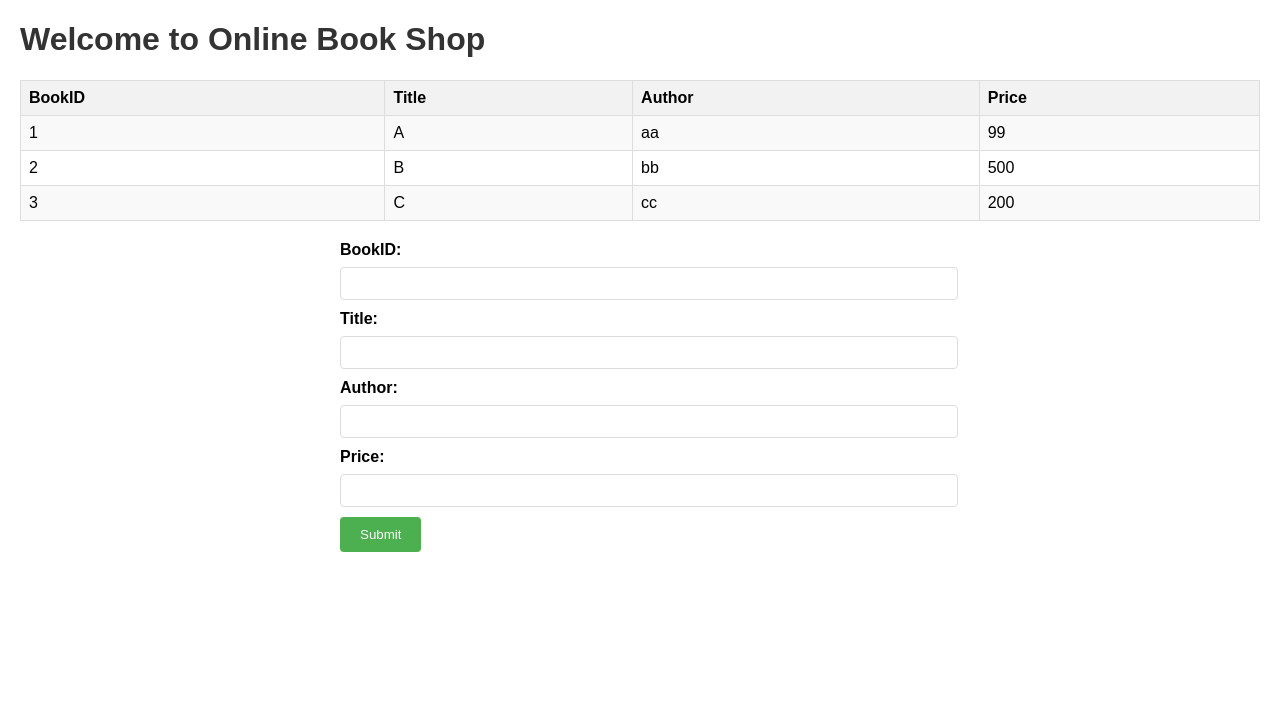
Repository: poojithagujjula/test_on_27
Page: shop/src/main/resources/static/index.html
An editor plug-in stored every save of this project. The page is shown before and after the next save, followed by the edit.
The browser window is 1280 px wide. The pictures show the whole page.

Above is the page before, as saved 2025-02-26 11:46:32.

After the next save:
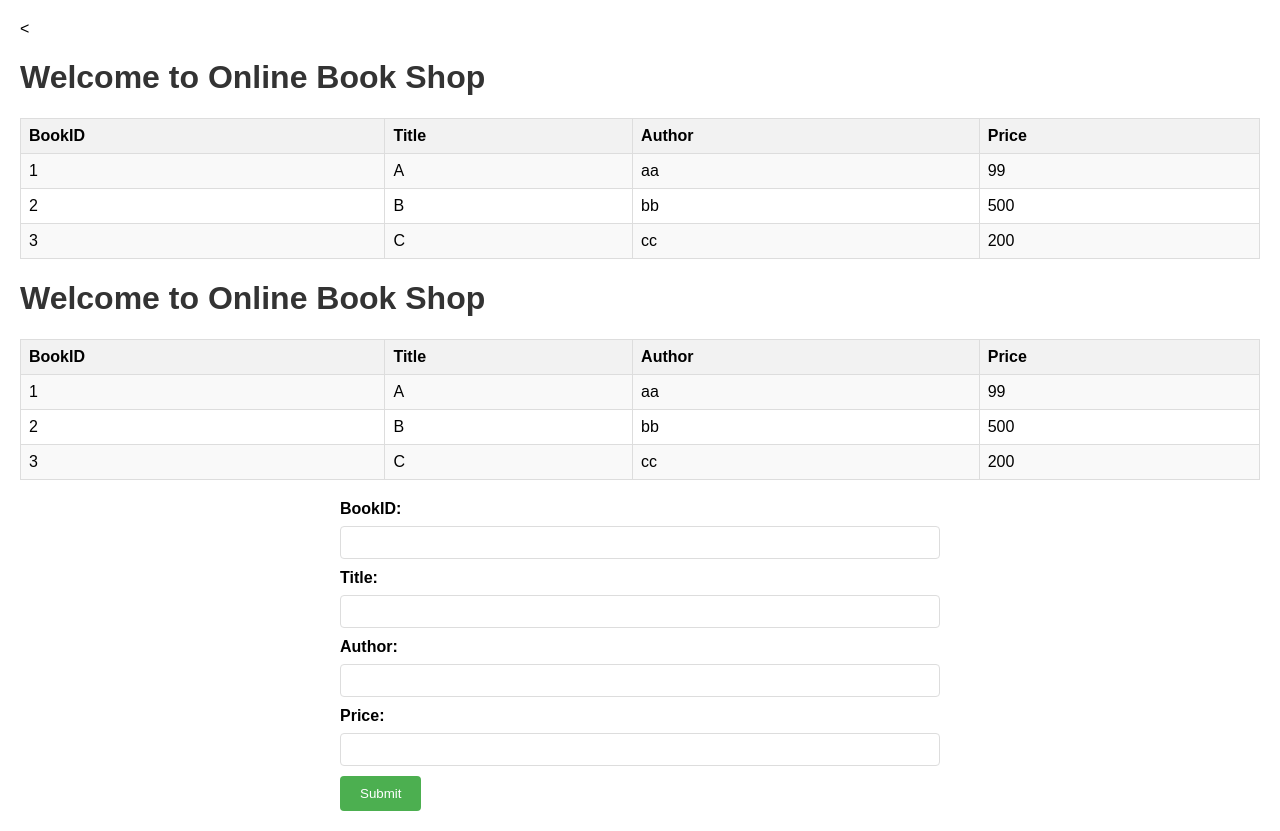
Saved 99 s later.
--- a/shop/src/main/resources/static/index.html
+++ b/shop/src/main/resources/static/index.html
@@ -1,4 +1,4 @@
-<!--
+<
 <!DOCTYPE html>
 <html lang="en">
 <head>
@@ -63,7 +63,7 @@
     </table>
 </body>
 </html>
--->
+
 
 
 <!DOCTYPE html>
